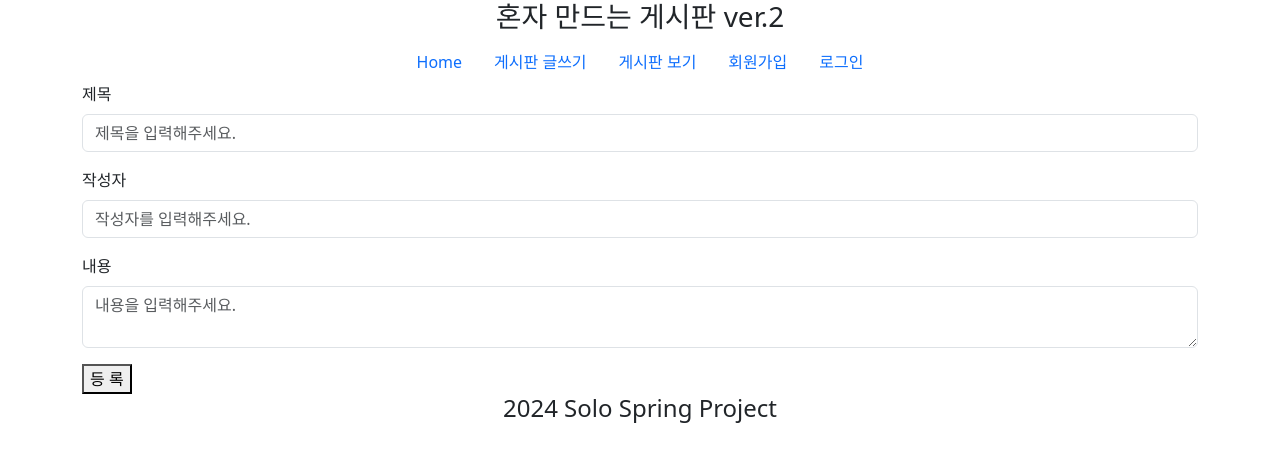
Repository: nefer2/Spring_test
Page: http://localhost/spring_test7/WEB-INF/views/board/register.jsp
The author's editor kept a copy of each file at every save. The page is drawn from the files as they stood at one save, then again after a run of saves.
The browser window is 1280 px wide. The pictures show the whole page.
The page is served by Tomcat 9. Nobody is signed in. The template is opened directly, without the code that normally fills it, so the values that code supplies are empty.

Above is the page before, as saved 2024-01-17 04:01:32.

After the next 2 saves:
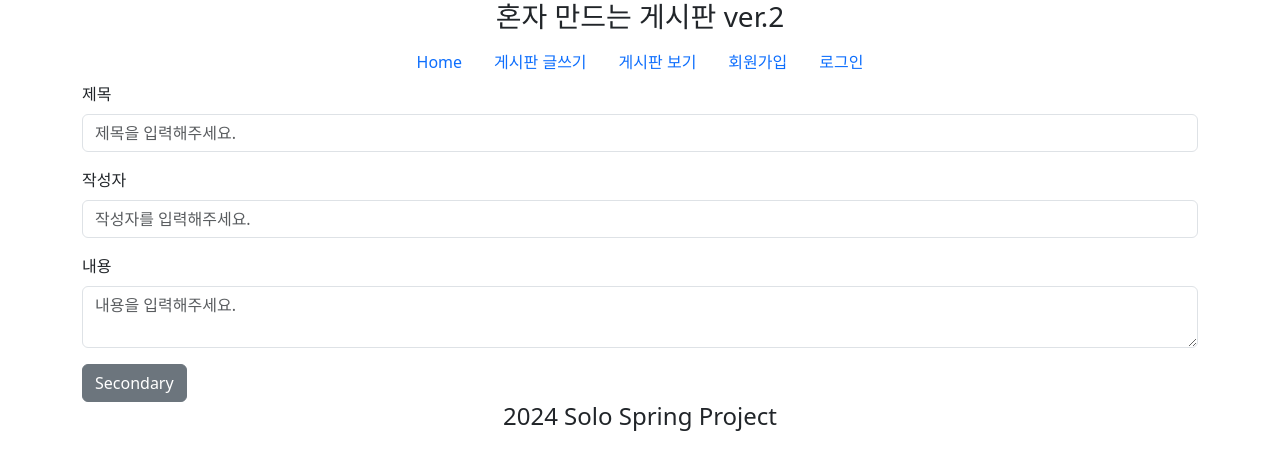
The 2 saves are shown as one change because they came seconds apart.
The last was saved 33 s later.
--- a/spring_test7/src/main/webapp/WEB-INF/views/board/register.jsp
+++ b/spring_test7/src/main/webapp/WEB-INF/views/board/register.jsp
@@ -25,7 +25,7 @@
 		</div>
 
 
-<button type="submit">등 록</button>
+<button type="submit" class="btn btn-secondary">Secondary</button>
 
 
 	</form>
